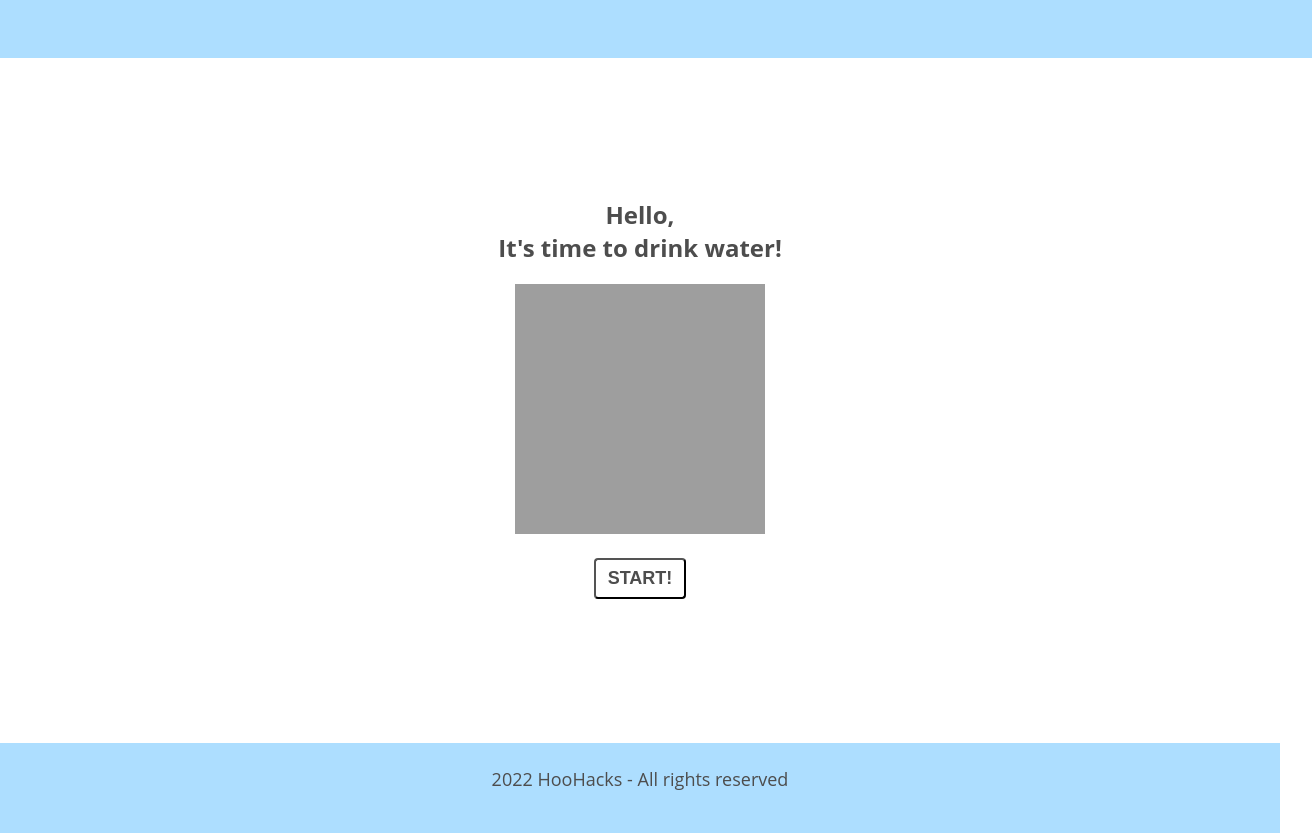
Repository: jennyjjung/H2ODaily
Page: index.html
These files come from the project's save history. The page is drawn as it stood at one moment and after the next save; the edit follows.
The browser window is 1280 px wide. The page is 1312 px wide, so the pictures cover 1312 px, including what lies to the right of the window. The pictures show the whole page.
The pointer rests on the first visible `.btn__home`.
Pictures or frames that could not be fetched are drawn as grey boxes.

Above is the page before, as saved 2022-03-26 15:02:51.

### index.html
<!DOCTYPE html>
<html lang="en">
<head>
  <meta charset="UTF-8">
  <meta http-equiv="X-UA-Compatible" content="IE=edge">
  <meta name="viewport" content="width=device-width, initial-scale=1.0">
  <title>H2O Daily</title>
  <link rel="stylesheet" href="style.css" />
  <script src="main.js" defer></script>
</head>
<body>

  <nav id="navbar">
    <div class="navbar__container"></div>
  </nav>

  <section id="home">
    <div class= "home__container">
      <h1 class="home__title">Hello, <br>It's time to drink water! </h1>
      <img src="images/krusty_krab.png" alt="H2ODaily Logo" class="home__logo">
      <button class="btn__home">START!</button>
    </div>
  </section>

  <section id="bottom">
    <div class= "bottom__container">
      <p class="bottom__rights">2022 HooHacks - All rights reserved</p>
    </div>
  </section>

</body>
</html>

### style.css
/* Global */
:root {
  /* Color */
  --color-white: #ffffff;
  --color-dark-grey: #4d4d4d;
  --color-blue: #addeff;

  /* Font weight */
  --weight-bold: 700;
  --weight-semi-bold: 600;
  --weight-regular: 400;

  /* Font Size */
  --font-large: 48px;
  --font-medium: 28px;
  --font-regular: 18px;
  --font-small: 16px;
  --font-micro: 14px;

  /* Size */
  --size-border-radius: 4px;
}

body {
  margin: 0;
  font-family: "Open Sans", sans-serif;
  cursor: default;
}

p {
  font-size: var(--font-regular);
  font-weight: var(--weight-regular);
  color: var(--color-dark-grey);
  margin: 4px 0;
}

/* Navbar */
#navbar {
  width: 100%;
  height: 26px;
  background-color: var(--color-blue);
  padding: 16px;
}

/* Home */
#home {
  padding: 120px 40px;
  text-align: center;
}

.home__title {
  color: var(--color-dark-grey);
}

.home__container {
  display: flex;
  flex-direction: column;
  align-items: center;
}

.home__logo {
  width: 250px;
  height: 250px;
}

.btn__home {
  color: var(--color-dark-grey);
  background-color: var(--color-blue);
  font-size: var(--font-regular);
  font-weight: var(--weight-bold);
  margin: 24px;
  padding: 8px 12px;
  border-radius: var(--size-border-radius);
}

.btn__home:hover {
  background-color: var(--color-orange);
}

#bottom {
  background-color: var(--color-blue);
  padding: 20px;
  text-align: center;
  height: 50px;
}

Loaded but not shown: main.js (no copy from this time; the picture is the same without it)

After the next save:
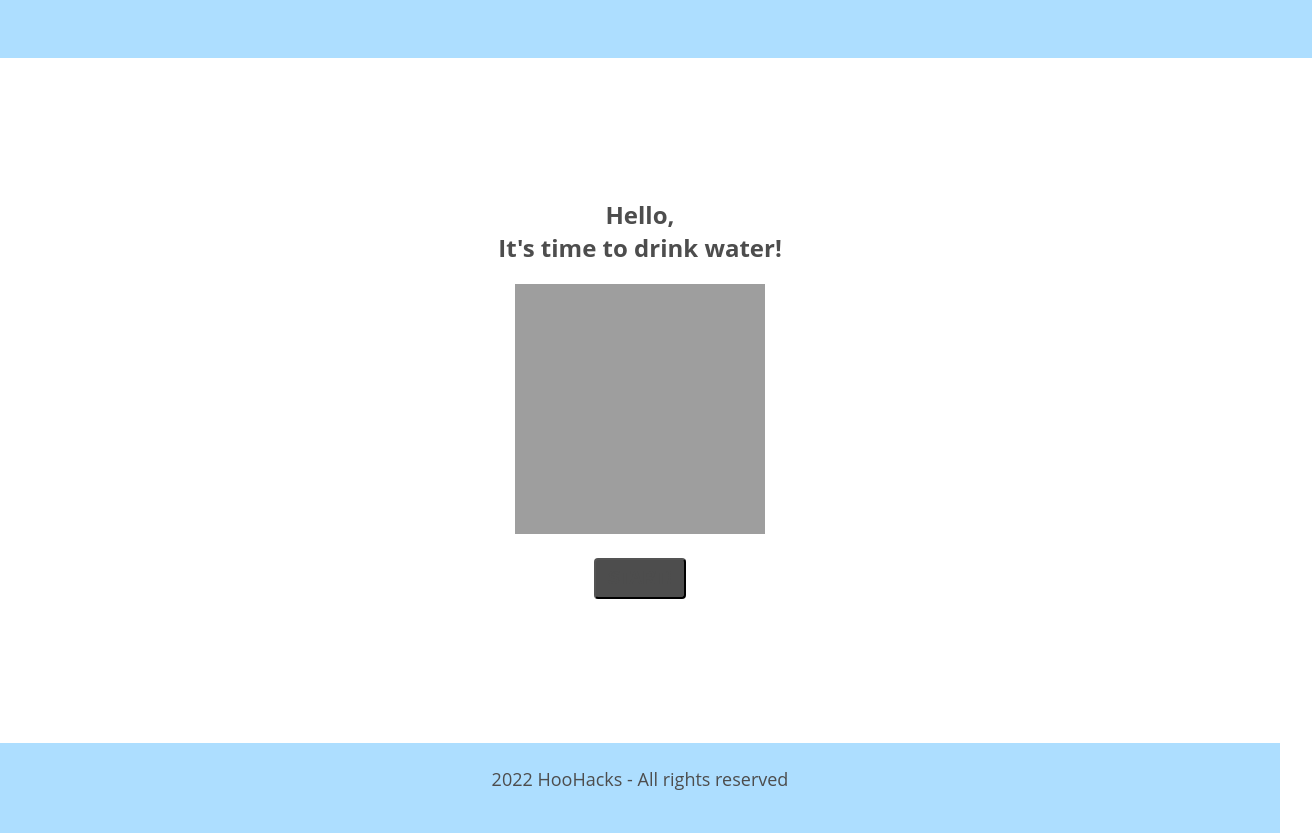
Saved 18 s later.
--- a/style.css
+++ b/style.css
@@ -74,7 +74,7 @@ p {
 }
 
 .btn__home:hover {
-  background-color: var(--color-orange);
+  background-color: var(--color-dark-grey);
 }
 
 #bottom {
